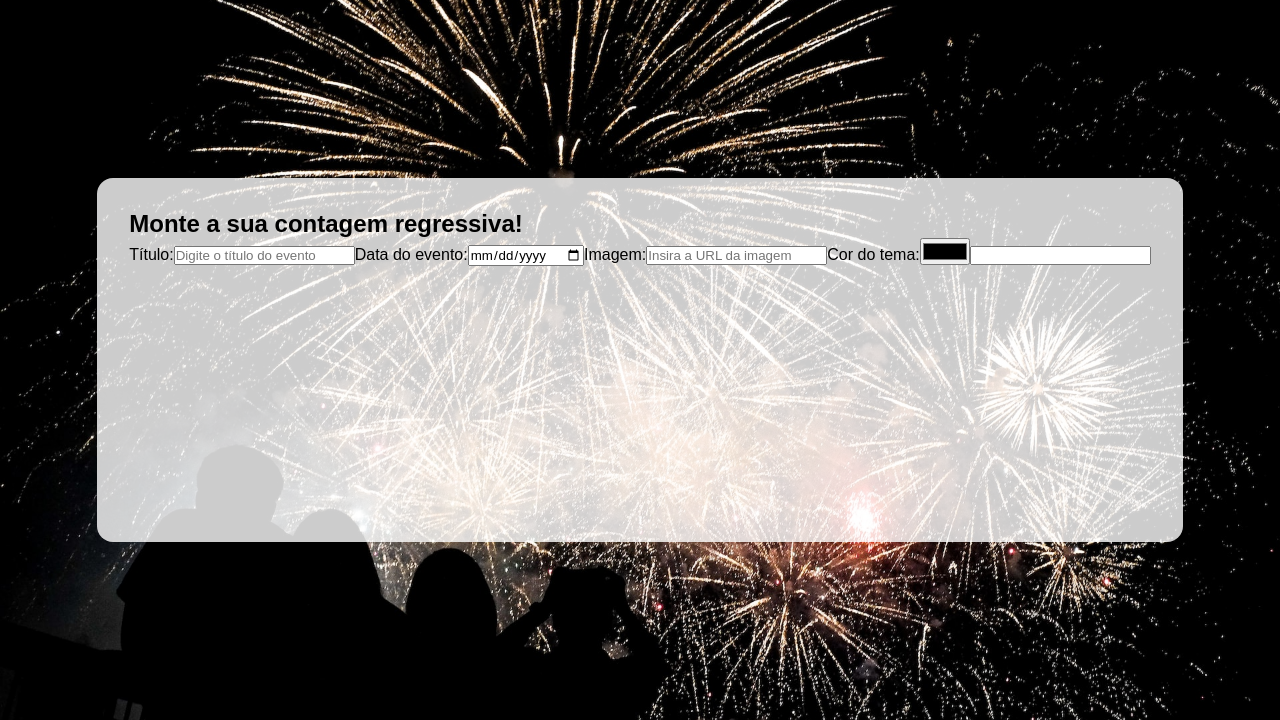
Repository: Bitroia/countdown_timer
Page: / (app in countdown/)
The author's editor kept a copy of each file at every save. The page is drawn from the files as they stood at one save, then again after the next save.
The browser window is 1280 px wide. The pictures show the whole page.
The project was rebuilt for these pictures with package versions that can differ from the ones it lists, and the page was loaded fresh each time. Also part of the build but not shown: countdown/vite.config.js, countdown/src/components/Title.css, countdown/src/components/Title.jsx, countdown/src/components/Counter.css, countdown/src/components/Counter.jsx, countdown/src/routes/Countdown.jsx.

Above is the page before, as saved 2026-07-07 20:07:59.

After the next save:
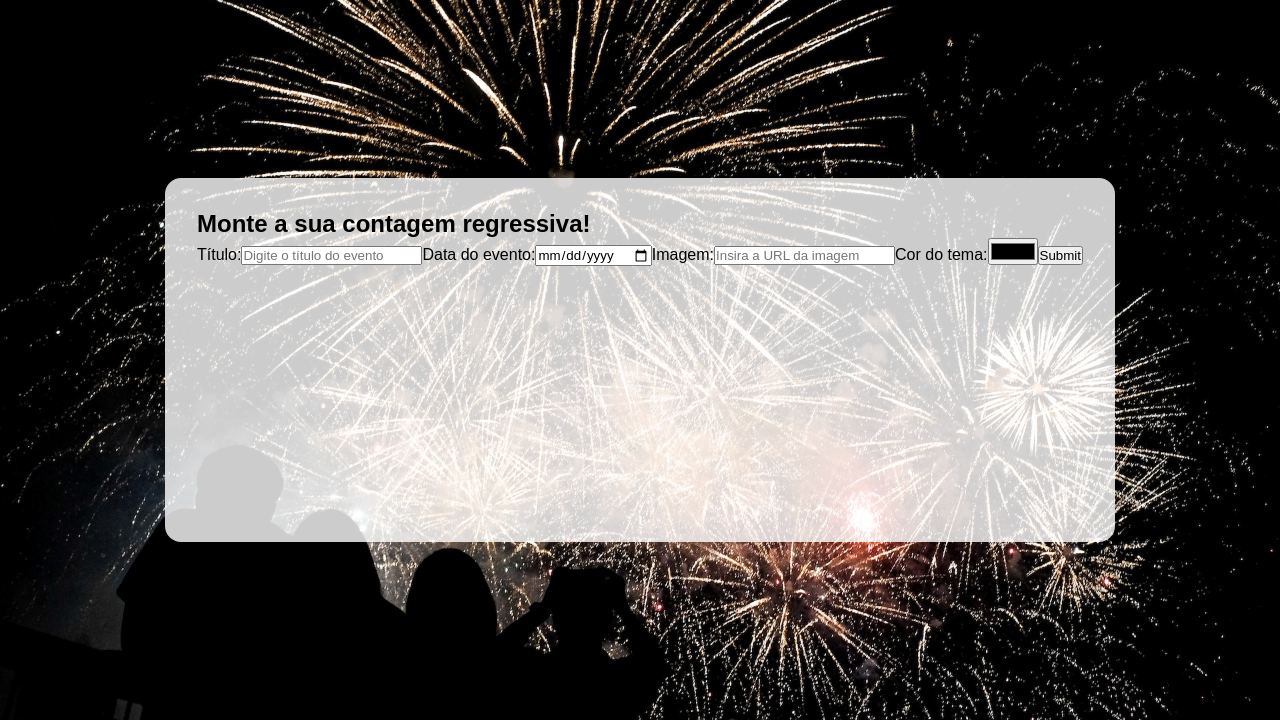
Saved 4 s later.
--- a/countdown/src/routes/Home.jsx
+++ b/countdown/src/routes/Home.jsx
@@ -33,7 +33,7 @@ const Home = () => {
             name="color"
           />
         </label>
-        <input type="text" name="" id="" />
+        <input type="submit" name="" id="" />
       </form>
     </div>
   );
